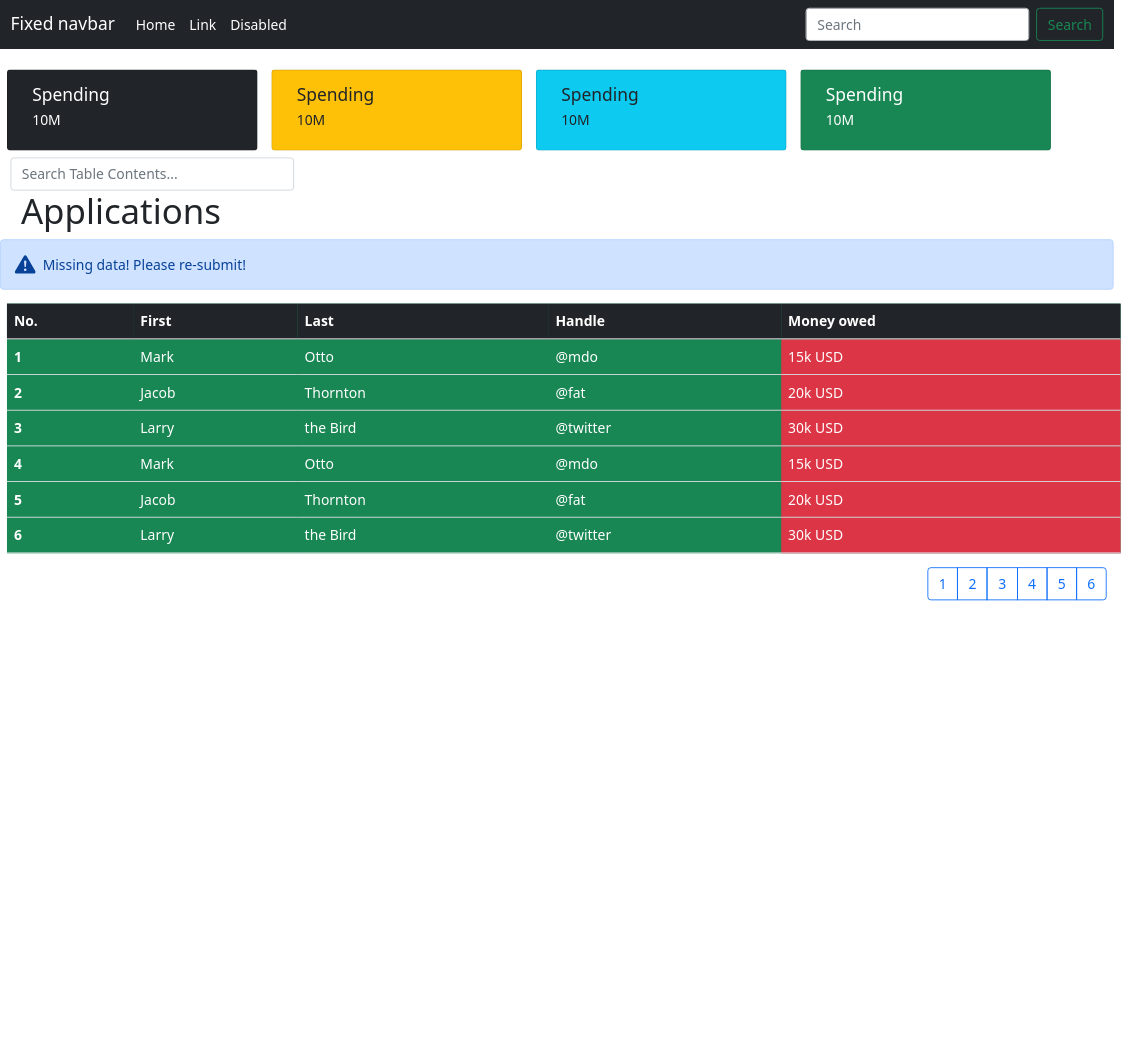
Repository: Dayvid0/BOOTSTRAP-TUTORIALS
Page: BOOTSTRAP-GRID-LAYOUTS/zylo.html
An editor plug-in stored every save of this project. The page is shown before and after the next save, followed by the edit.
The browser window is 1280 px wide. The page is 1316 px wide, so the pictures cover 1316 px, including what lies to the right of the window. The pictures show the whole page, at 87% of full size.

Above is the page before, as saved 2025-02-01 08:32:07.

After the next save:
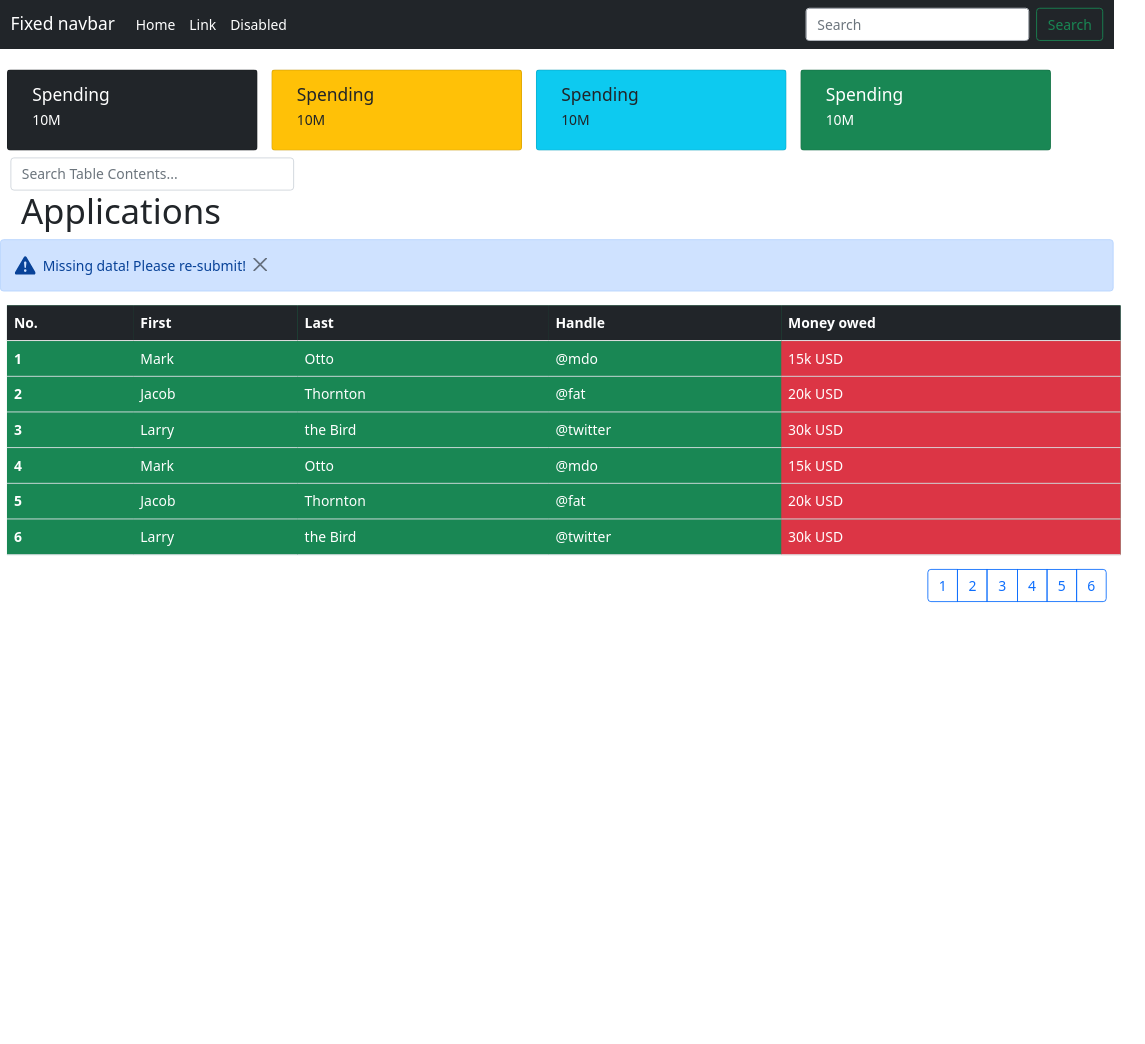
Saved 3 min 30 s later.
--- a/BOOTSTRAP-GRID-LAYOUTS/zylo.html
+++ b/BOOTSTRAP-GRID-LAYOUTS/zylo.html
@@ -79,6 +79,7 @@
         </svg>
         <div>
           Missing data! Please re-submit!
+          <button type="button" class="btn-close" data-bs-dismiss="alert" aria-label="Close"></button>
         </div>
       </div>
       <!--End of alerts-->

After the save that followed:
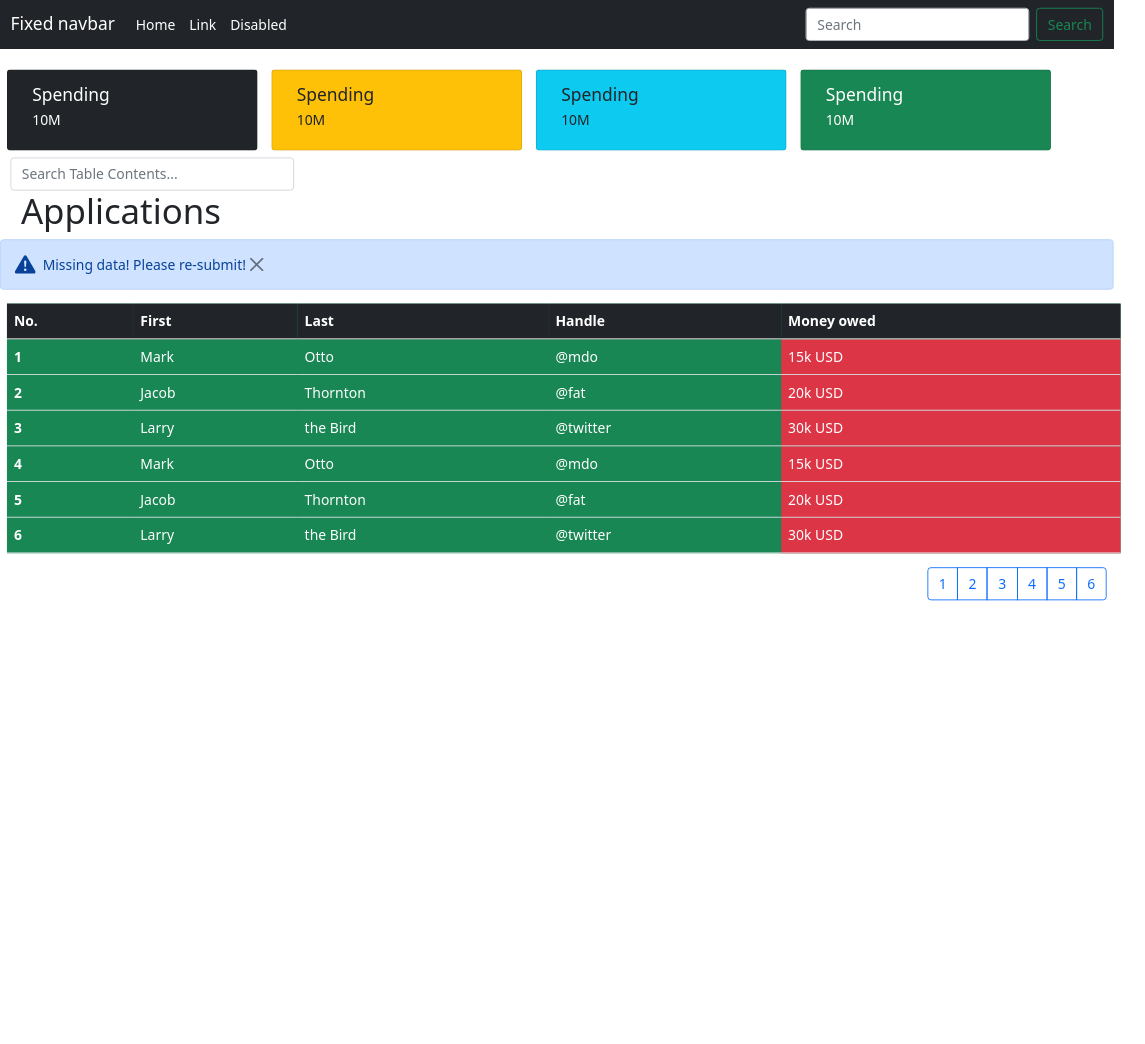
Saved 15 s later.
--- a/BOOTSTRAP-GRID-LAYOUTS/zylo.html
+++ b/BOOTSTRAP-GRID-LAYOUTS/zylo.html
@@ -79,8 +79,8 @@
         </svg>
         <div>
           Missing data! Please re-submit!
-          <button type="button" class="btn-close" data-bs-dismiss="alert" aria-label="Close"></button>
         </div>
+        <button type="button" class="btn-close" data-bs-dismiss="alert" aria-label="Close"></button>
       </div>
       <!--End of alerts-->
     <table class="table table-hover mx-2 bg-success text-white">
